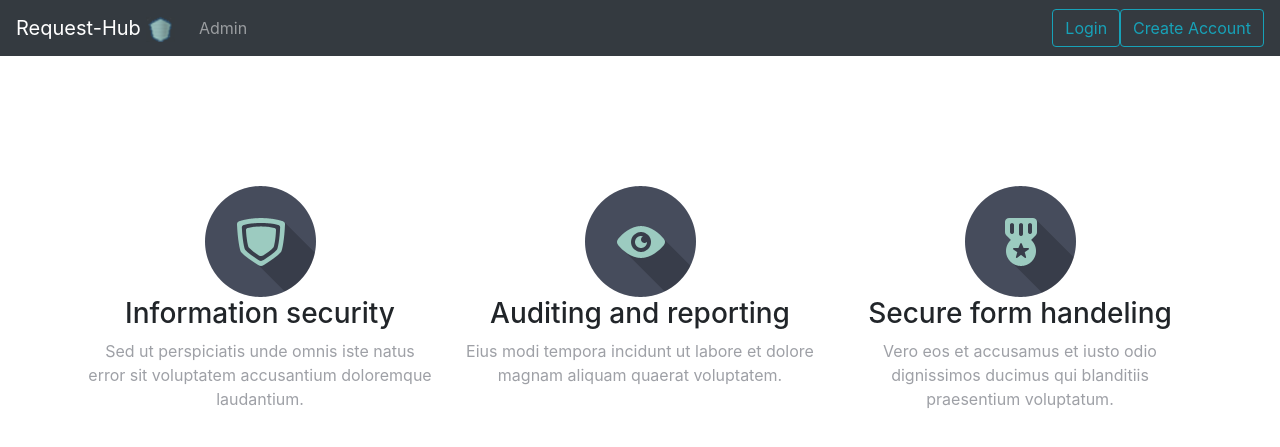
Repository: DonWhelan/Request-Hub
Page: http://localhost/newCompanyForm.php
The author's editor kept a record of every edit. The page is drawn from the files as they stood at one moment, then again after the next edit.
The browser window is 1280 px wide. The pictures show the whole page.
The page is run by PHP 8.4 with error messages shown; the project is at /var/www/html/.

Above is the page before.

After the next edit:
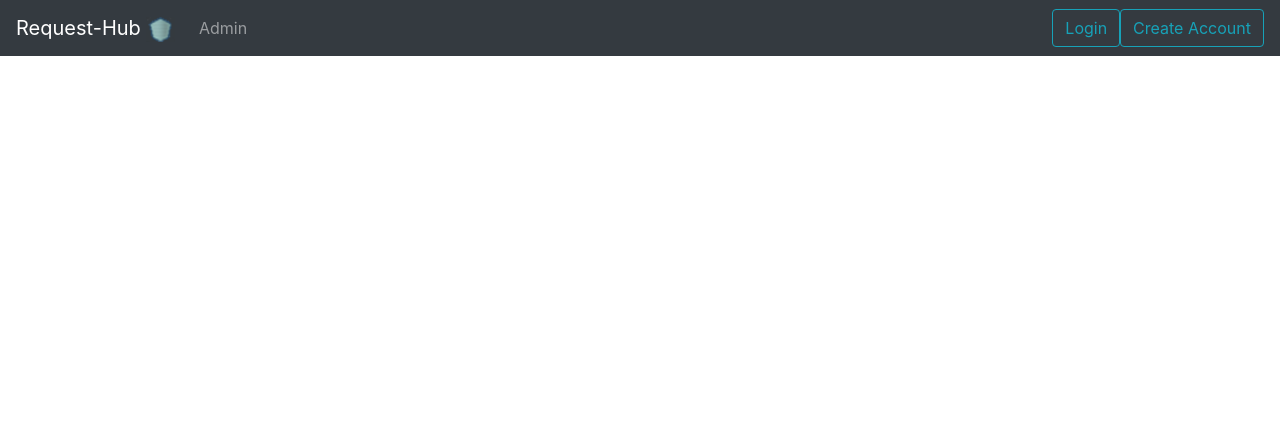
The edit:
--- a/newCompanyForm.php
+++ b/newCompanyForm.php
@@ -30,42 +30,10 @@
     <div class="services-container">
         <div class="container">
             <div class="row" >
-                <div class="col-sm-4 services-box" >
-                	<center>
-                	<div class="services-box-icon"><img src="assets/img/icons/services-1.png" alt=""></div>
-                    <h3>Information security</h3>
-                    <p style="color:#9ea0a6">Sed ut perspiciatis unde omnis iste natus error sit voluptatem accusantium doloremque laudantium.</p>
-                    </center>
-                </div>
-                <div class="col-sm-4 services-box">
-                	<center>
-                	<div class="services-box-icon"><img src="assets/img/icons/services-2.png" alt=""></div>
-                    <h3>Auditing and reporting</h3>
-                    <p style="color:#9ea0a6">Eius modi tempora incidunt ut labore et dolore magnam aliquam quaerat voluptatem.</p>
-                    </center>
-                </div>
-                <div class="col-sm-4 services-box">
-                	<center>
-                	<div class="services-box-icon"><img src="assets/img/icons/services-3.png" alt=""></div>
-                    <h3>Secure form handeling</h3>
-                    <p style="color:#9ea0a6">Vero eos et accusamus et iusto odio dignissimos ducimus qui blanditiis praesentium voluptatum.</p>
-                    </center>
-                </div>
+
             </div>
         </div>
     </div>
-
-    <!-- filler -->
-    <div class="services-container">
-        <div class="container">
-            <div class="row" style="height:60px;">
-                <div class="col-sm-12">
-                </div>
-            </div>
-        </div>
-    </div>
-
-
 </body>
 
 </html>
